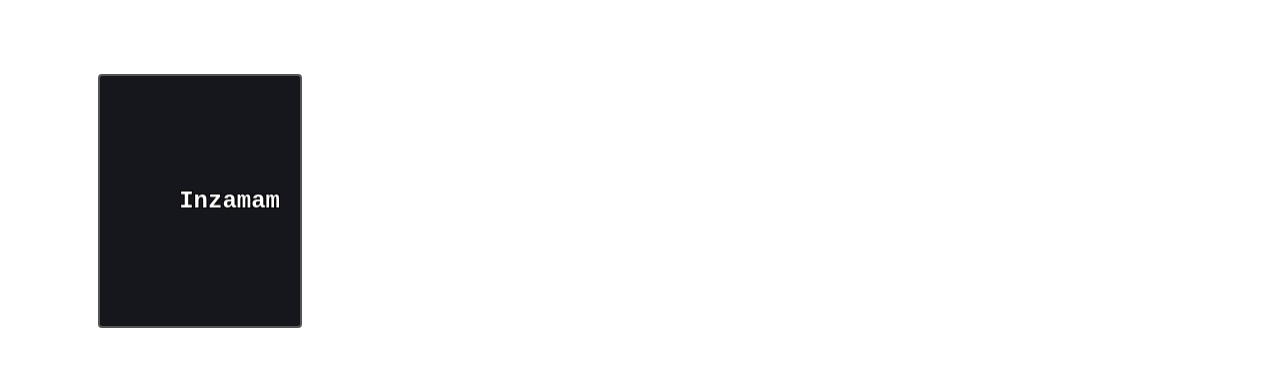
Repository: inzamamahmad3/30-Days-Of-CSS
Page: Day-2/index.html
An editor plug-in stored every save of this project. The page is shown before and after the next save, followed by the edit.
The browser window is 1280 px wide. The pictures show the whole page.

Above is the page before, as saved 2023-01-04 13:55:23.

After the next save:
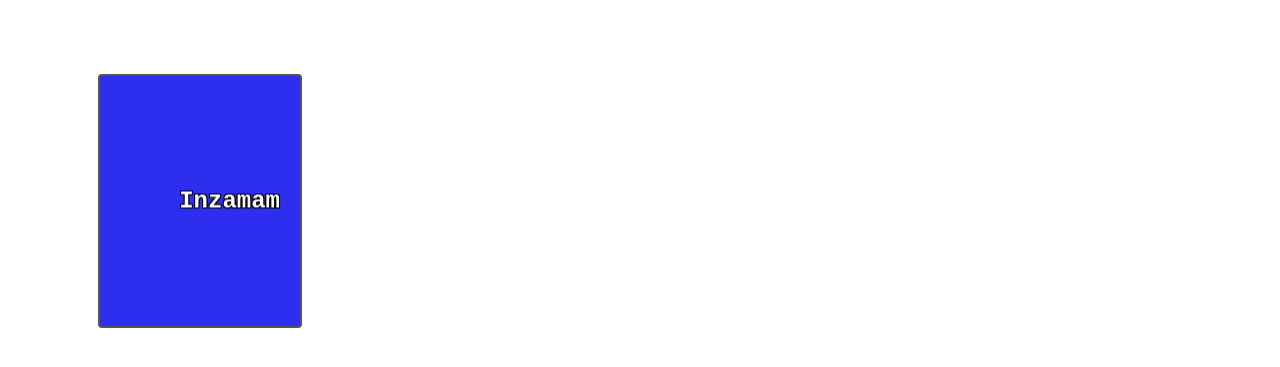
Saved 33 s later.
--- a/Day-2/styles.css
+++ b/Day-2/styles.css
@@ -9,7 +9,7 @@ body {
 .card {
   width: 200px;
   height: 250px;
-  background: #16161d;
+  background: #2e2eef;
   border: 2px solid #555555;
   border-radius: 4px;
   position: relative;
